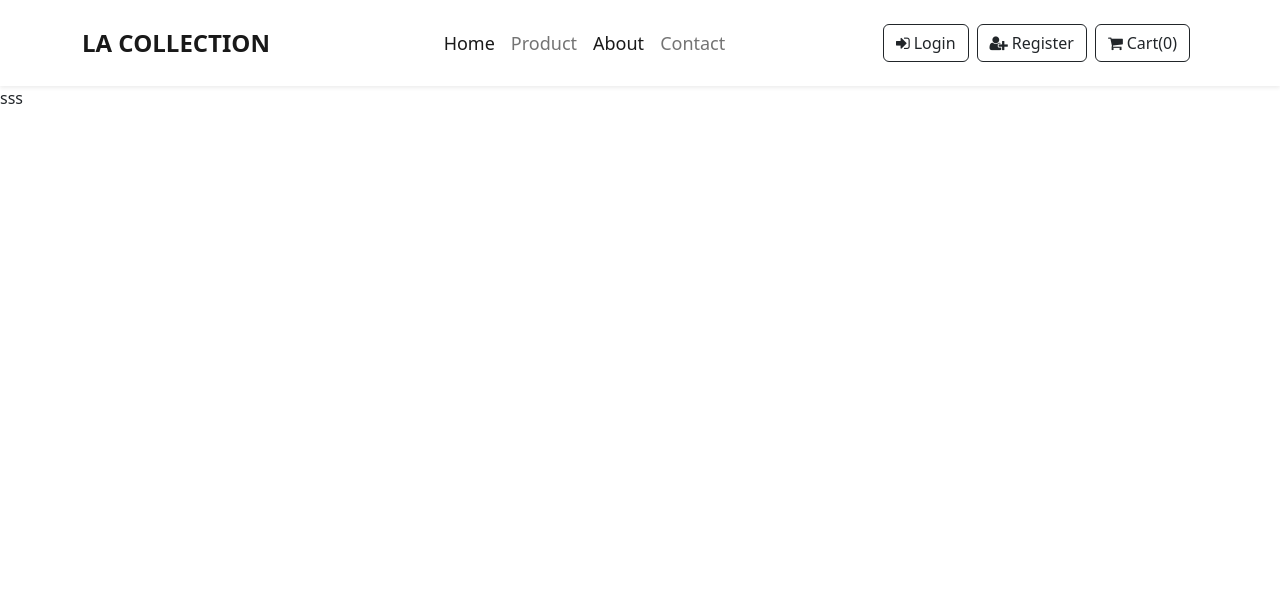
Repository: tiendungjr123/Ecommerce
Page: /about
An editor plug-in stored every save of this project. The page is shown before and after the next save, followed by the edit.
The browser window is 1280 px wide. The pictures show the whole page.
The project was rebuilt for these pictures with package versions that can differ from the ones it lists, and the page was loaded fresh each time. Also part of the build but not shown: src/components/Products.jsx, src/components/Home.jsx, src/redux/action/index.js, src/components/ProductDetail.jsx.

Above is the page before, as saved 2022-10-04 10:31:07.

After the next save:
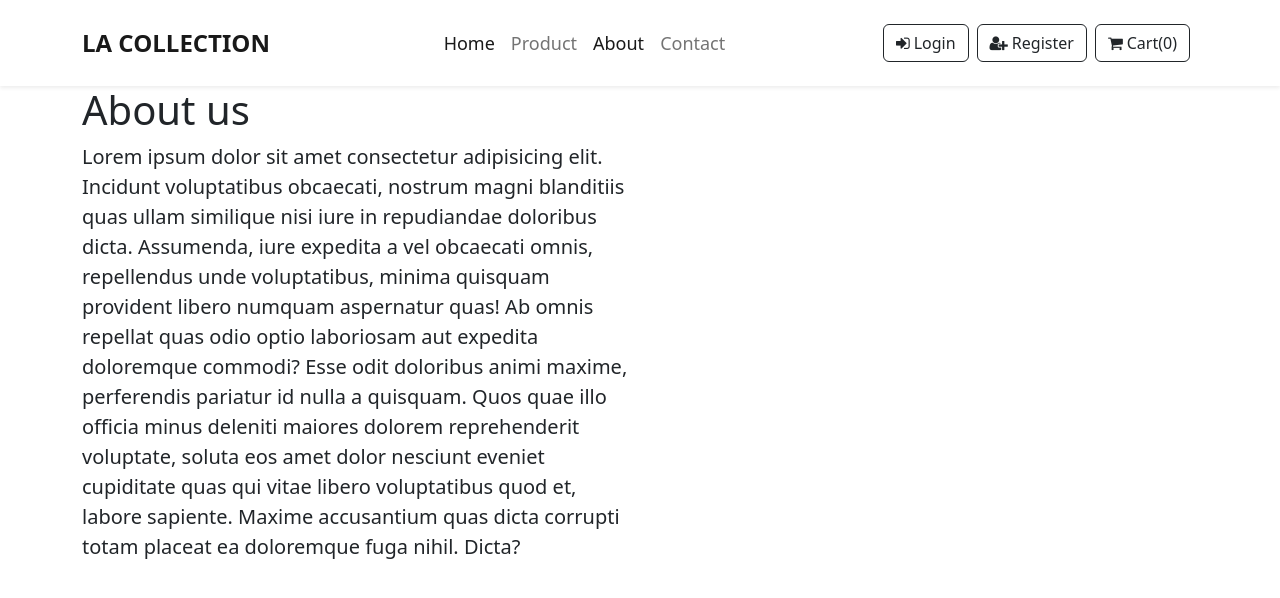
Saved 83 s later.
--- a/src/components/About.jsx
+++ b/src/components/About.jsx
@@ -3,7 +3,14 @@ import React from 'react';
 const About = () => {
    return (
       <div>
-         sss
+         <div className="container">
+            <div className="row">
+               <div className="col-md-6">
+                  <h1>About us</h1>
+                  <p className='lead'>Lorem ipsum dolor sit amet consectetur adipisicing elit. Incidunt voluptatibus obcaecati, nostrum magni blanditiis quas ullam similique nisi iure in repudiandae doloribus dicta. Assumenda, iure expedita a vel obcaecati omnis, repellendus unde voluptatibus, minima quisquam provident libero numquam aspernatur quas! Ab omnis repellat quas odio optio laboriosam aut expedita doloremque commodi? Esse odit doloribus animi maxime, perferendis pariatur id nulla a quisquam. Quos quae illo officia minus deleniti maiores dolorem reprehenderit voluptate, soluta eos amet dolor nesciunt eveniet cupiditate quas qui vitae libero voluptatibus quod et, labore sapiente. Maxime accusantium quas dicta corrupti totam placeat ea doloremque fuga nihil. Dicta?</p>
+               </div>
+            </div>
+         </div>
       </div>
    );
 }
